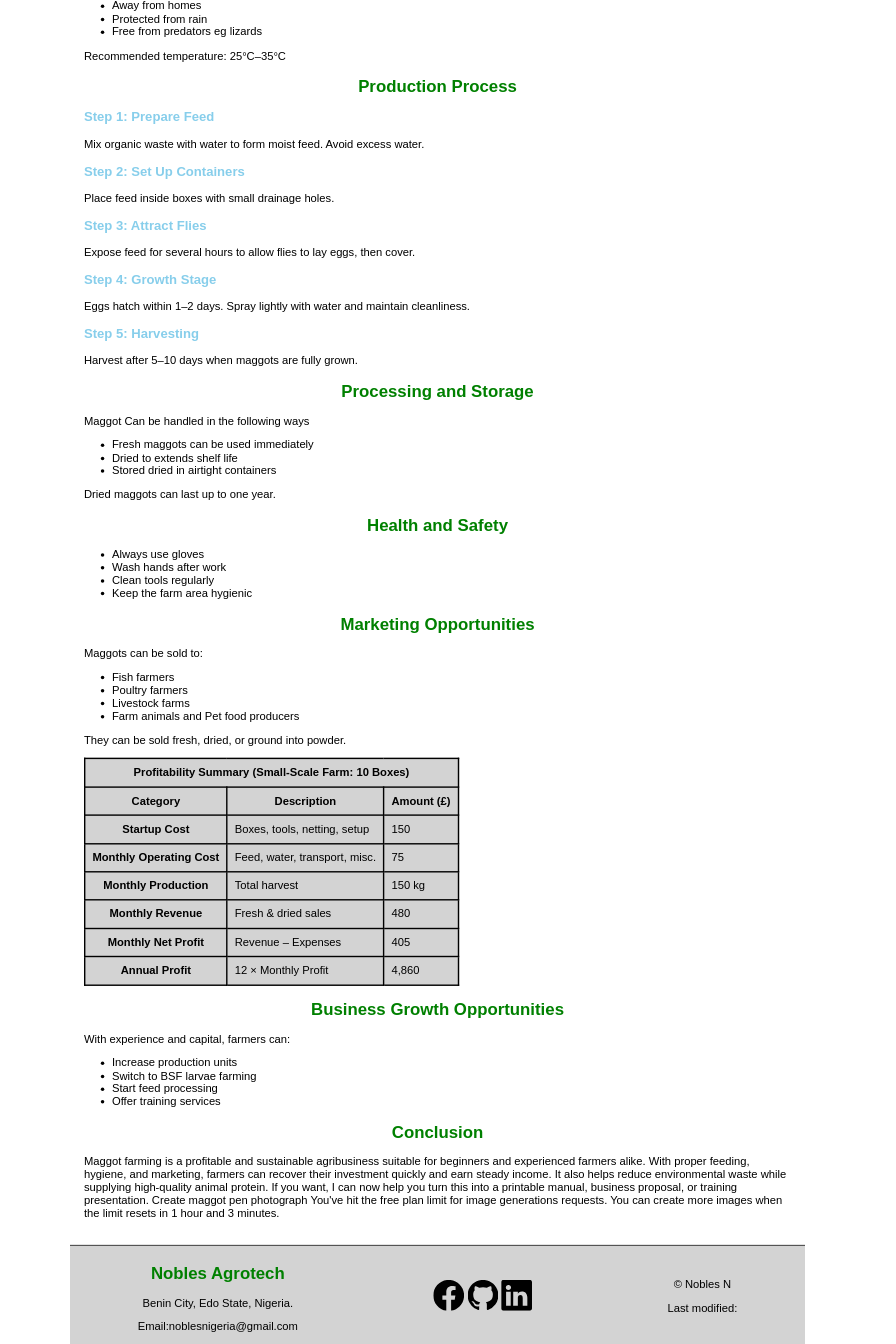
Repository: NoblesNigeria/articles
Page: maggot/index.html
These files come from the project's save history. The page is drawn as it stood at one moment and after the next save; the edit follows.
The browser window is 1280 px wide. The pictures show the part of the page from y = 1579 to 3499 px (the page is 3499 px tall), at 70% of full size.

Above is the page before, as saved 2026-02-23 11:40:09.
Console error: TypeError: Cannot read properties of null (reading 'addEventListener')

After the next save:
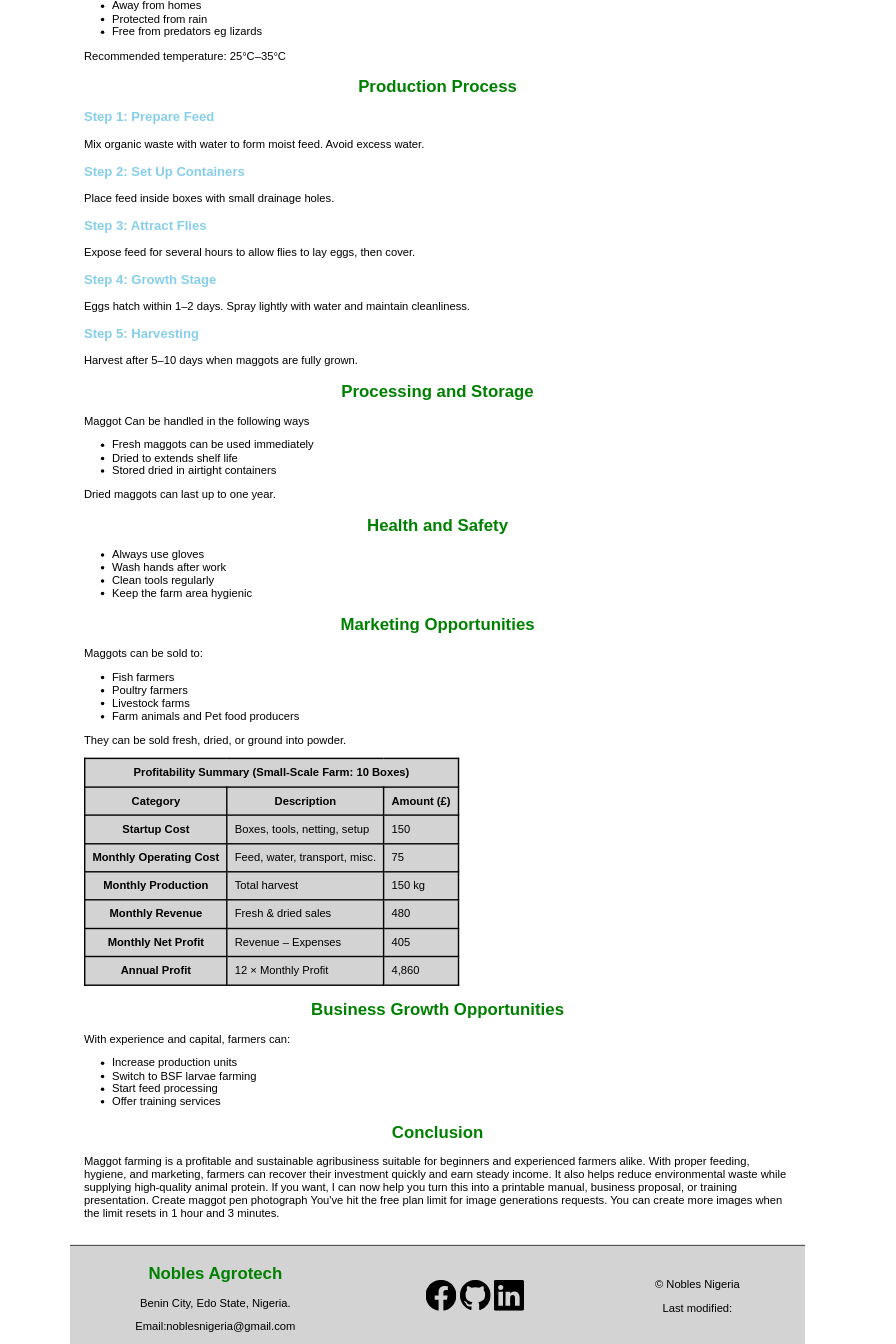
Saved 6 s later.
--- a/maggot/index.html
+++ b/maggot/index.html
@@ -250,7 +250,7 @@
             <a href="https://github.com/NoblesNigeria"><img src="images/linkedin.svg" alt="Linkedin" width="100" height="100"></a>
         </aside>
         <aside class="copy-right">
-            <p>&copy; <span class="current-year"></span> Nobles N</p>
+            <p>&copy; <span class="current-year"></span> Nobles Nigeria</p>
             <p>Last modified: <span class="lastModified"></span></p>
         </aside>
     </footer>
